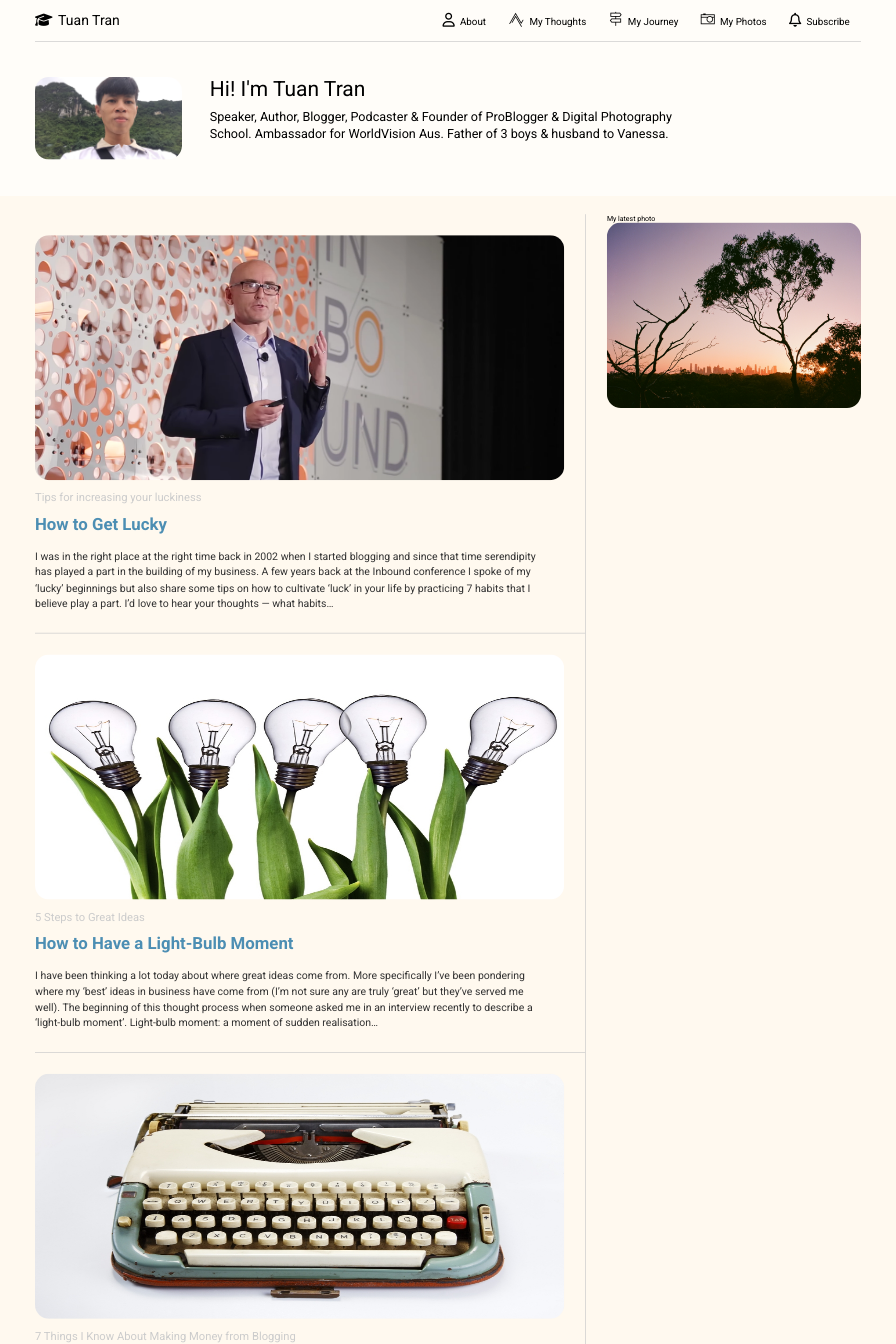
Repository: TranDinhTuann/Blog-Demo
Page: index.html
An editor plug-in stored every save of this project. The page is shown before and after the next save, followed by the edit.
The browser window is 1280 px wide. The pictures show the part of the page from y = 0 to 1920 px (the page is 2860 px tall), at 70% of full size.

Above is the page before, as saved 2023-03-22 21:13:55.

After the next save:
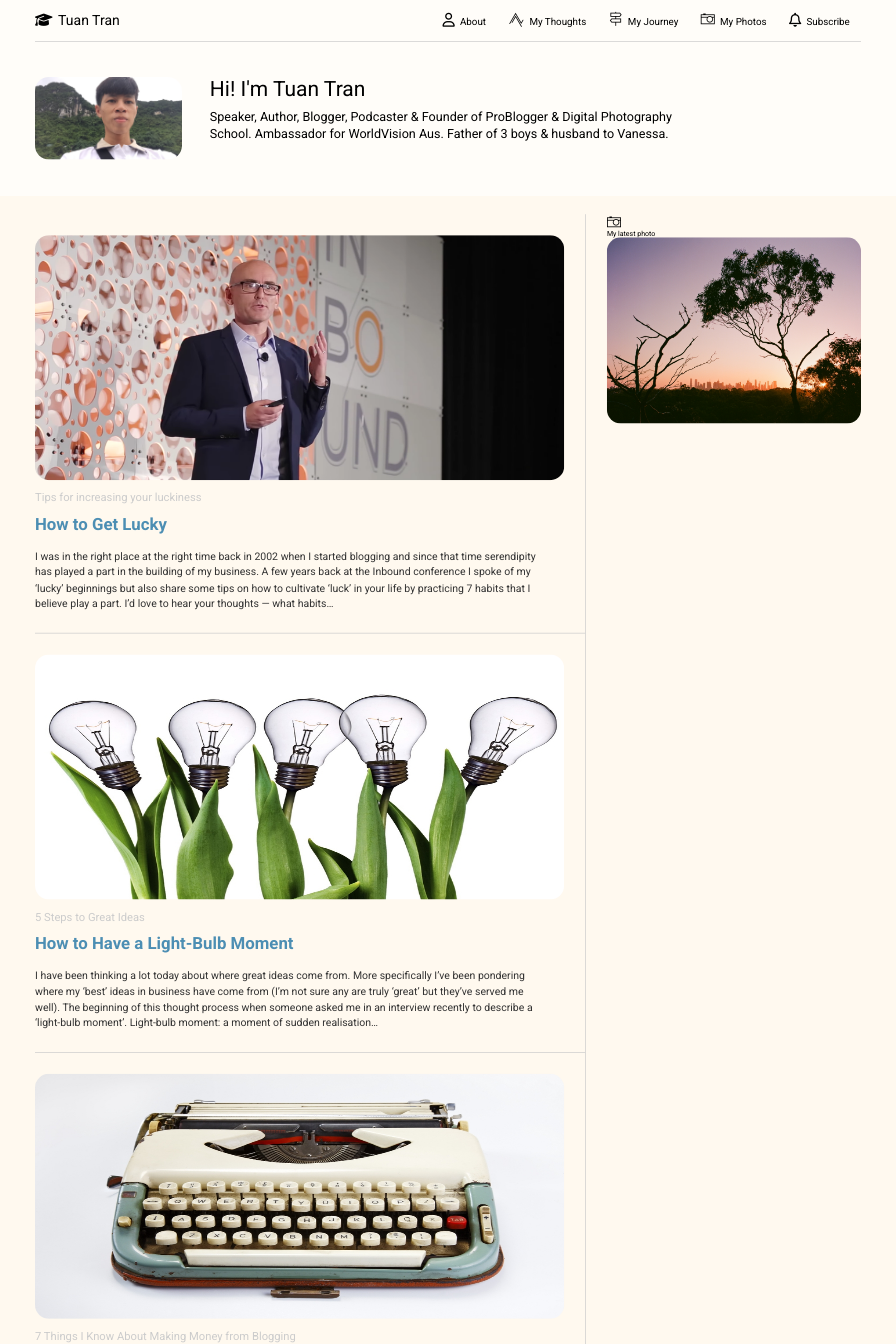
Saved 34 s later.
--- a/index.html
+++ b/index.html
@@ -120,7 +120,7 @@
                 <div class="sitebar">
                     <div class="row">
                         <div class="row-head">
-
+                            <i class="navbar__list-item-icon ti-camera"></i>
                             <div class="row-heading">My latest photo</div>
                         </div>
                         <div class="row-img">
